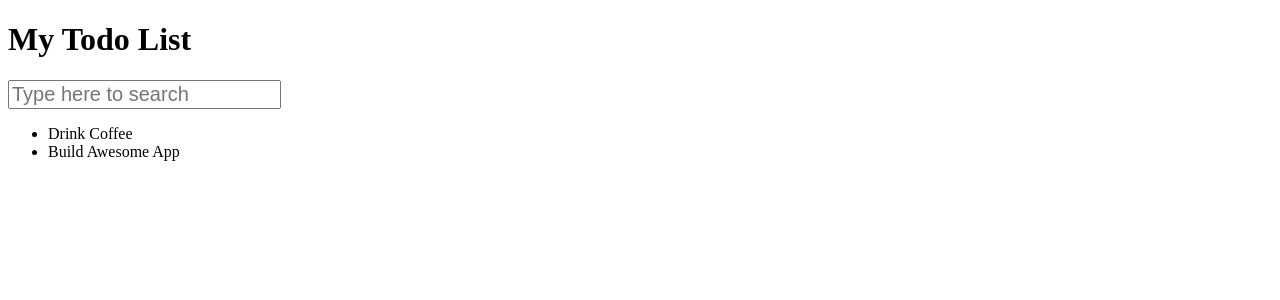
Repository: max535/react-todo-list
Page: /
An editor plug-in stored every save of this project. The page is shown before and after the next save, followed by the edit.
The browser window is 1280 px wide. The pictures show the whole page.
The project was rebuilt for these pictures with package versions that can differ from the ones it lists, and the page was loaded fresh each time.

Above is the page before, as saved 2022-01-15 21:14:12.

After the next save:
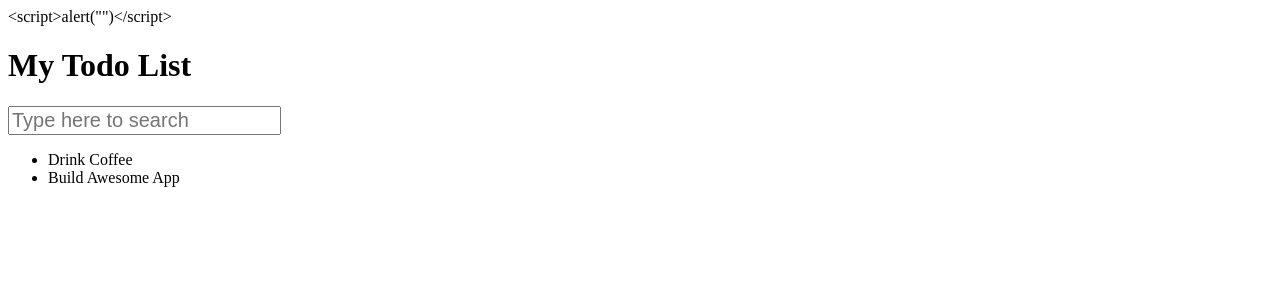
Saved 42 s later.
--- a/src/index.js
+++ b/src/index.js
@@ -28,8 +28,10 @@
 }
 
 const App = () => {
+    const value = '<script>alert("")</script>'
     return (
         <div>
+        {value}
             <AppHeader />
             <SearchPanel />
             <ToddList />

After the save that followed:
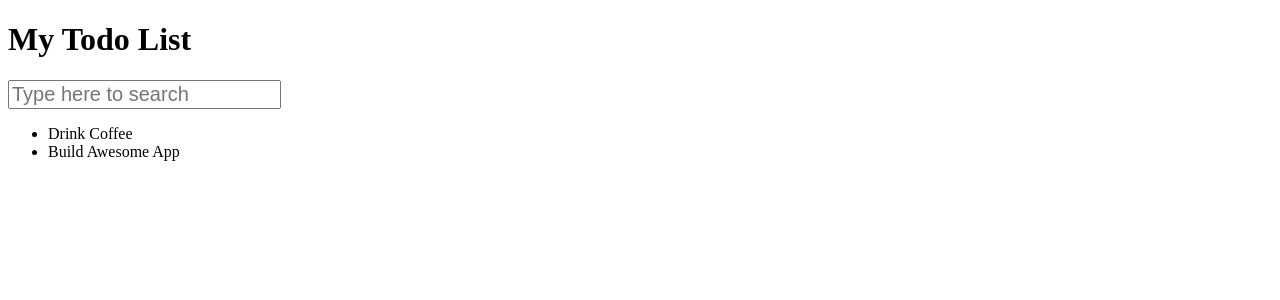
Saved 9 s later.
--- a/src/index.js
+++ b/src/index.js
@@ -28,10 +28,8 @@
 }
 
 const App = () => {
-    const value = '<script>alert("")</script>'
     return (
         <div>
-        {value}
             <AppHeader />
             <SearchPanel />
             <ToddList />
